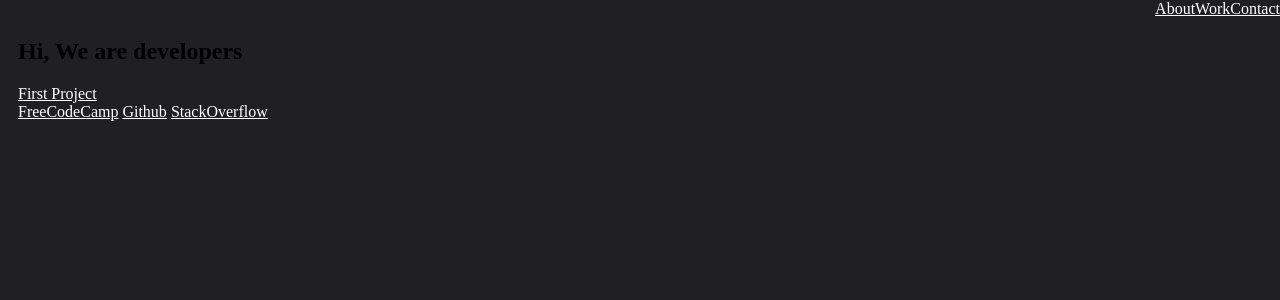
Repository: justicebhekani88/microverse_portfolio_project
Page: index.html
An editor plug-in stored every save of this project. The page is shown before and after the next save, followed by the edit.
The browser window is 1280 px wide. The pictures show the whole page.

Above is the page before, as saved 2022-07-21 14:42:44.

After the next save:
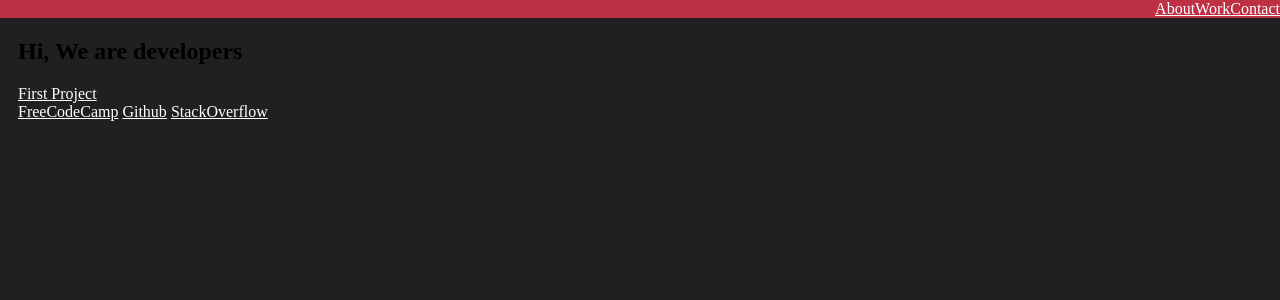
Saved 43 s later.
--- a/style.css
+++ b/style.css
@@ -10,6 +10,7 @@ nav {
     top: 0;
     left: 0;
     width: 100%;
+    background: #BE3043;
 }
 
 a {
